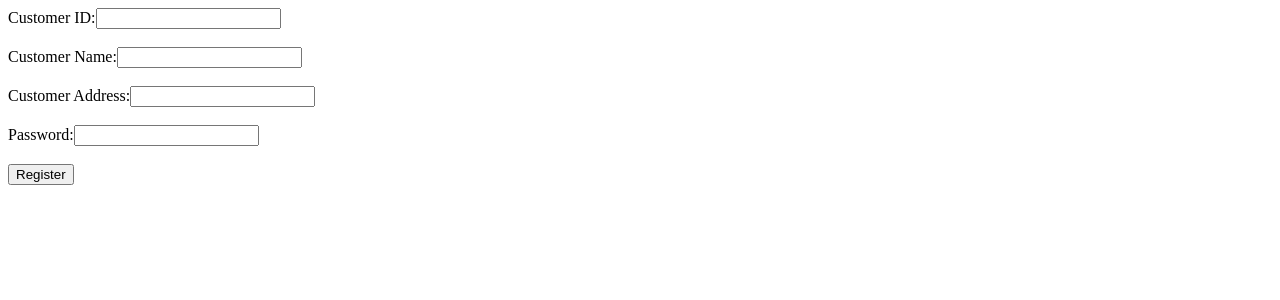
Repository: Yogashree-v-h-27/Ticket_Booking_webApp
Page: Ticket_Booking/WebContent/register.html
An editor plug-in stored every save of this project. The page is shown before and after the next save, followed by the edit.
The browser window is 1280 px wide. The pictures show the whole page.

Above is the page before, as saved 2021-06-16 08:48:11.

### Ticket_Booking/WebContent/register.html
<!DOCTYPE html>
<html>
<head>
<meta charset="ISO-8859-1">
<title>Registration page</title>
</head>
<body>
<form action="servlet2" method="post">
Customer ID:<input type="text" name="CustomerID"/><br/><br/>
Customer Name:<input type="text" name="CustomerName"/><br/><br/>
Customer Address:<input type="text" name="CustomerAddress"/><br/><br/>
Password:<input type="text" name="password"/><br/><br/>
<input type="submit" value="Register">
</form>
</body>
</html>

After the next save:
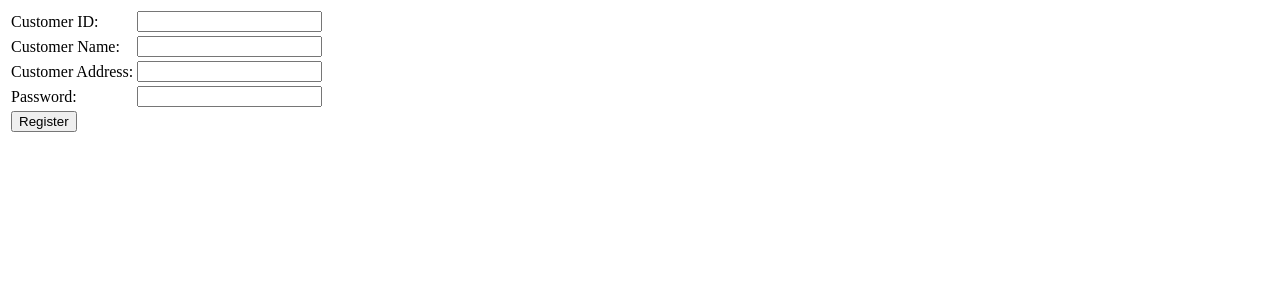
Saved 2 min 39 s later.
--- a/Ticket_Booking/WebContent/register.html
+++ b/Ticket_Booking/WebContent/register.html
@@ -6,11 +6,13 @@
 </head>
 <body>
 <form action="servlet2" method="post">
-Customer ID:<input type="text" name="CustomerID"/><br/><br/>
-Customer Name:<input type="text" name="CustomerName"/><br/><br/>
-Customer Address:<input type="text" name="CustomerAddress"/><br/><br/>
-Password:<input type="text" name="password"/><br/><br/>
-<input type="submit" value="Register">
+<table>
+<tr><td>Customer ID:</td><td><input type="text" name="CustomerID"/></td></tr>
+<tr><td>Customer Name:</td><td><input type="text" name="CustomerName"/></td></tr>
+<tr><td>Customer Address:</td><td><input type="text" name="CustomerAddress"/></td></tr>
+<tr><td>Password:</td><td><input type="text" name="password"/></td></tr>
+<tr><td><input type="submit" value="Register"></td></tr>
+</table>
 </form>
 </body>
 </html>
